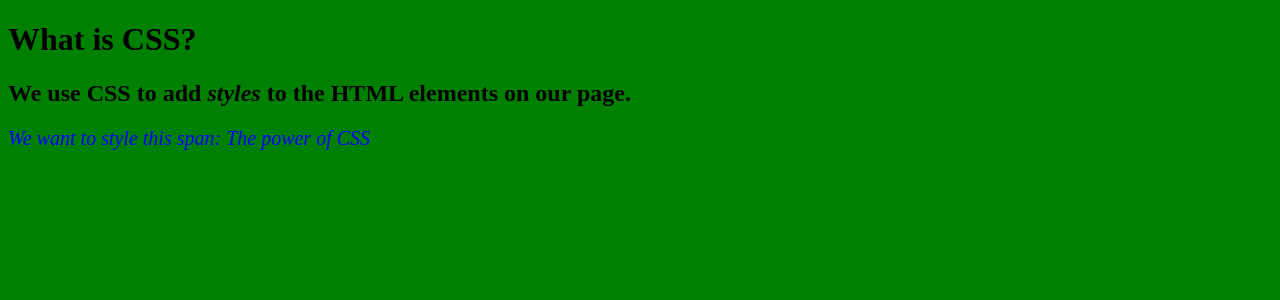
Repository: 3EyEdRav3n/10-2020-cohort-course
Page: week-1/day-3/index.html
The author's editor kept a copy of each file at every save. The page is drawn from the files as they stood at one save, then again after the next save.
The browser window is 1280 px wide. The pictures show the whole page.

Above is the page before, as saved 2020-10-28 20:49:59.

After the next save:
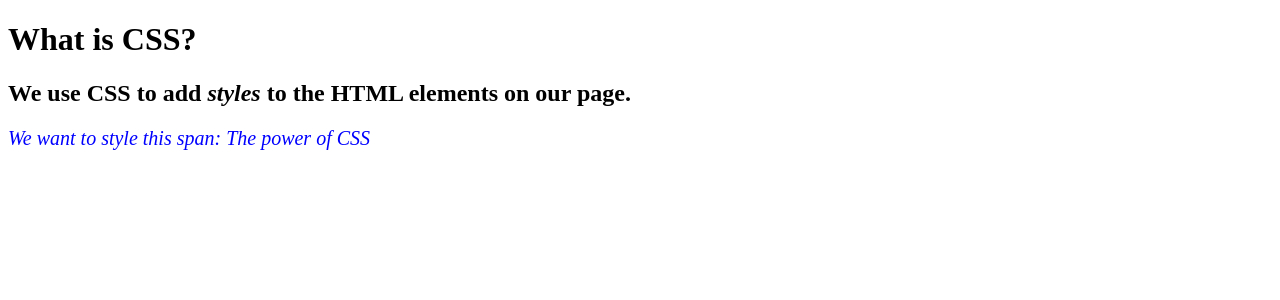
Saved 3 min 21 s later.
--- a/week-1/day-3/index.html
+++ b/week-1/day-3/index.html
@@ -6,7 +6,7 @@
     <link rel="stylesheet" href="./style.css" />
     <title>Document</title>
   </head>
-  <body style="background-color: green">
+  <body>
     <h1>What is CSS?</h1>
     <h2>We use CSS to add <em>styles</em> to the HTML elements on our page.</h2>
 
